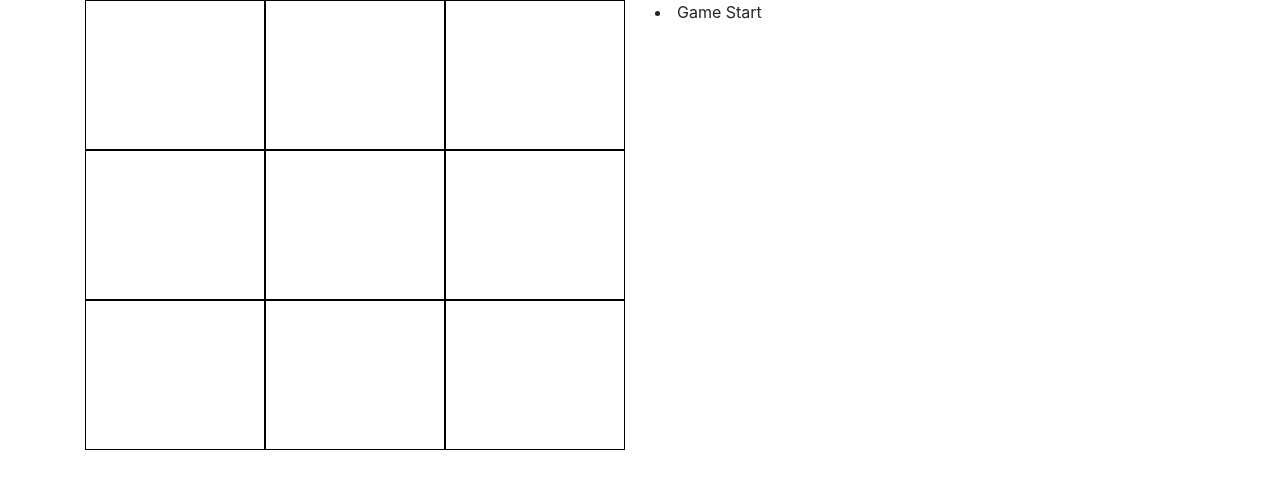
Repository: tts2610/Tic-Tac_Toe
Page: /
These files come from the project's save history. The page is drawn as it stood at one moment and after the next save; the edit follows.
The browser window is 1280 px wide. The pictures show the whole page.
The project was rebuilt for these pictures with package versions that can differ from the ones it lists, and the page was loaded fresh each time.

Above is the page before, as saved 2020-06-02 14:02:08.

### src/App.js
import React, { Component } from "react";
import "./App.css";
import Board from "./components/Board";
import "bootstrap/dist/css/bootstrap.min.css";
import { Row, Col, Container } from "react-bootstrap";
import HistoryBoard from "./components/HistoryBoard";
import * as mySetting from "./settings";

export default class App extends Component {
  state = {
    board: mySetting.board,
    currentMove: "",
    history: mySetting.history,
    currentPhase: 1,
  };
  onClickSquareHandle = (element) => {
    if (!element.isChecked) {
      this.setState(
        {
          currentMove: this.state.currentMove === "x" ? "o" : "x",
        },
        () => {
          const list = this.state.board.map((item, j) => {
            if (item.id === element.id && item.value === "") {
              return {
                id: item.id,
                value: this.state.currentMove,
                isChecked: true,
              };
            } else {
              return { id: item.id, value: item.value, isChecked: false };
            }
          });
          this.setState({ board: list }, () => {
            this.setState({ currentPhase: this.state.currentPhase + 1 });
            this.setState({
              history: {
                ...this.state.history,
                [this.state.currentPhase]: this.state.board,
              },
            });
          });
        }
      );
    }
    console.log(this.state.history);
  };
  render() {
    return (
      <div className="App">
        <Container>
          <Row>
            <Col>
              <Board
                board={this.state.board}
                onClick={this.onClickSquareHandle}
              />
            </Col>
            <Col>
              <HistoryBoard history={this.state.history} />
            </Col>
          </Row>
        </Container>
      </div>
    );
  }
}

### src/App.css
.box {
    min-width: max-content;
    height: 150px;
    border: 1px solid black;
}

### src/components/Board.js
import React, { Component } from "react";
import Square from "./Square";
import { Row, Col } from "react-bootstrap/";
import * as mySetting from "../settings";

export default function Board({ board, onClick }) {
  let renderSquare = (row) => {
    let rowSquare = [];
    board.forEach((element) => {
      if (element.id[0] === row)
        rowSquare.push(
          <Col sm={4} style={mySetting.styles.col} key={element.id}>
            <Square value={element.value} onClick={() => onClick(element)} />
          </Col>
        );
    });
    return rowSquare;
  };

  return (
    <>
      <Row style={mySetting.styles.row}>{renderSquare(0)}</Row>
      <Row style={mySetting.styles.row}>{renderSquare(1)}</Row>
      <Row style={mySetting.styles.row}>{renderSquare(2)}</Row>
    </>
  );
}

### src/components/HistoryBoard.js
import React from "react";

export default function HistoryBoard({ history }) {
  let keys = Object.keys(history);
  return (
    <div>
      {keys.map((element, index) => (
        <li key={index}>{element}</li>
      ))}
    </div>
  );
}

### src/settings.js
export const styles = {
  grid: {
    paddingLeft: 0,
    paddingRight: 0,
  },
  row: {
    marginLeft: 0,
    marginRight: 0,
  },
  col: {
    paddingLeft: 0,
    paddingRight: 0,
  },
};

export const board = [
  {
    id: [0, 0],
    value: "",
    isChecked: false,
  },
  {
    id: [0, 1],
    value: "",
    isChecked: false,
  },
  {
    id: [0, 2],
    value: "",
    isChecked: false,
  },
  {
    id: [1, 0],
    value: "",
    isChecked: false,
  },
  {
    id: [1, 1],
    value: "",
    isChecked: false,
  },
  {
    id: [1, 2],
    value: "",
    isChecked: false,
  },
  {
    id: [2, 0],
    value: "",
    isChecked: false,
  },
  {
    id: [2, 1],
    value: "",
    isChecked: false,
  },
  {
    id: [2, 2],
    value: "",
    isChecked: false,
  },
];

export const history = { "Game Start": board };

### src/components/Square.js
import React from "react";

export default function Square({ value, onClick }) {
  return (
    <div className="box" onClick={() => onClick(value)}>
      {value}
    </div>
  );
}

Loaded but not shown: public/index.html (common file); src/index.js (common file); src/index.css (common file); src/serviceWorker.js (common file)

After the next save:
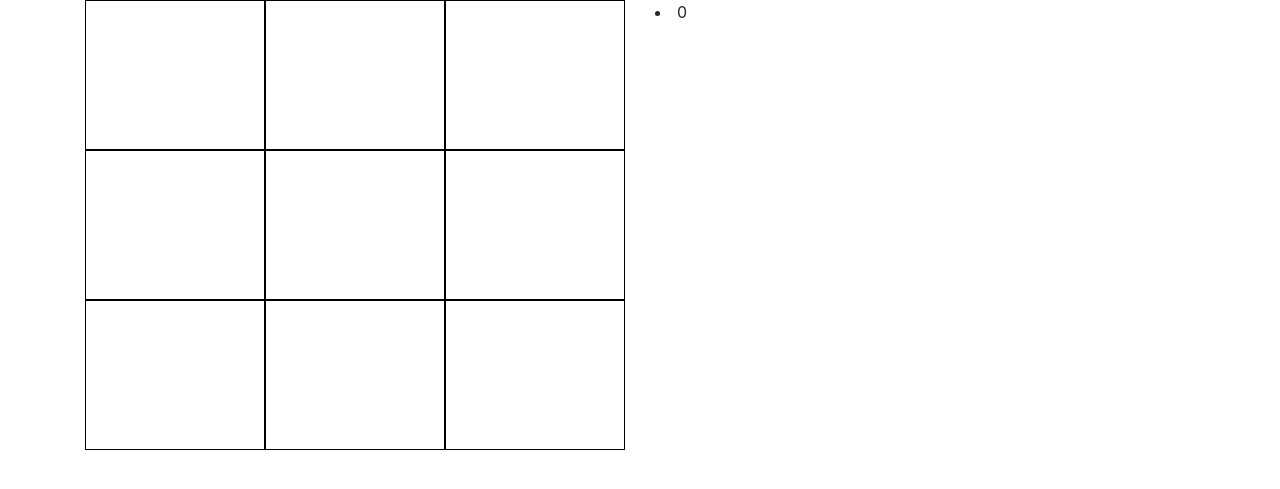
Saved 27 s later.
--- a/src/settings.js
+++ b/src/settings.js
@@ -61,4 +61,4 @@ export const board = [
   },
 ];
 
-export const history = { "Game Start": board };
+export const history = { 0: board };

After the 3 saves that followed:
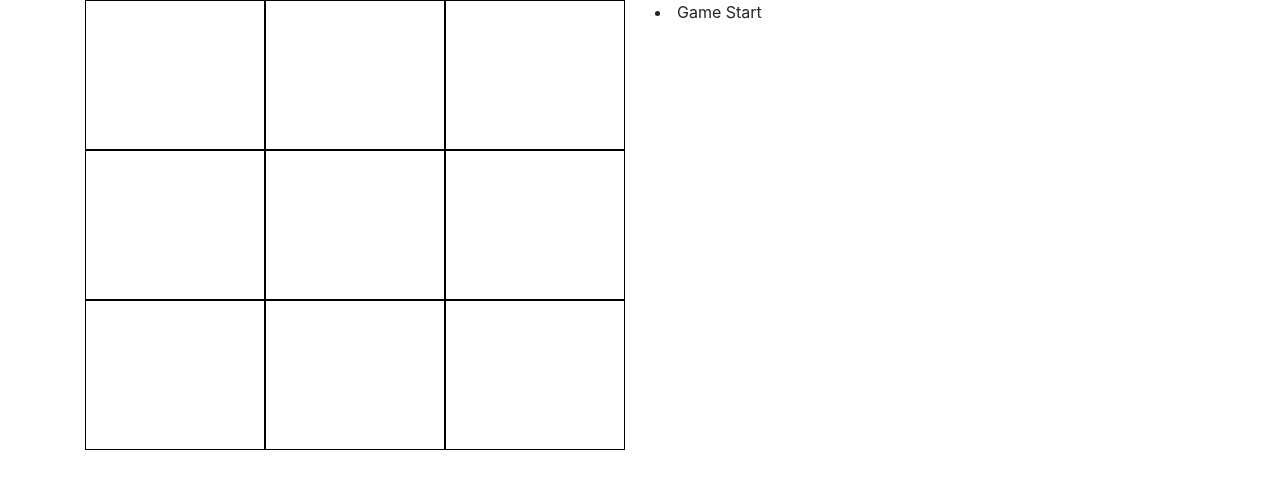
The 3 saves are shown as one change because 1 did not build or start and 1 left the picture as it was.
The last was saved 90 s later.
--- a/src/components/HistoryBoard.js
+++ b/src/components/HistoryBoard.js
@@ -4,9 +4,10 @@ export default function HistoryBoard({ history }) {
   let keys = Object.keys(history);
   return (
     <div>
-      {keys.map((element, index) => (
-        <li key={index}>{element}</li>
-      ))}
+      {keys.map((element, index) => {
+        if (index === 0) return <li key={index}>Game Start</li>;
+        return <li key={index}>element</li>;
+      })}
     </div>
   );
 }
